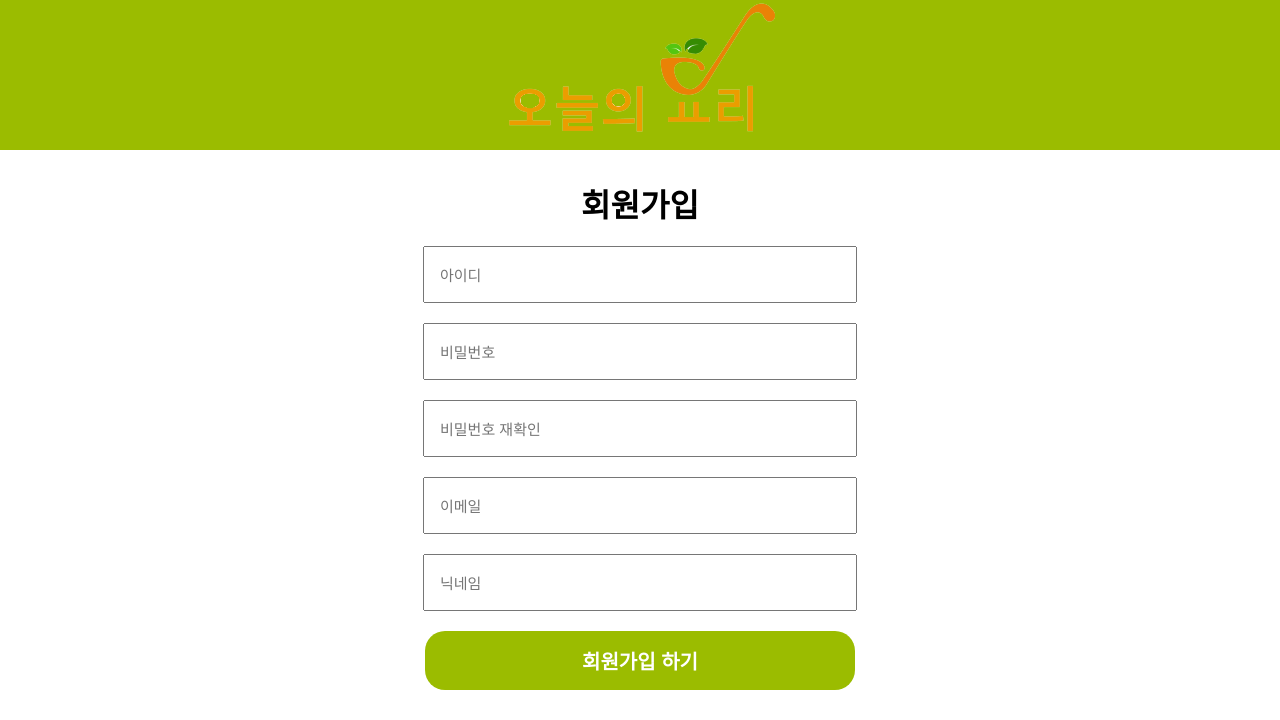
Repository: YUGyuSang/today-cooking
Page: http://localhost/today_special/signUp.jsp
An editor plug-in stored every save of this project. The page is shown before and after the next save, followed by the edit.
The browser window is 1280 px wide. The pictures show the whole page.
The page is served by Tomcat 9. Other server files are loaded and not shown.

Above is the page before, as saved 2021-05-04 07:47:06.

### today_special/src/main/webapp/signUp.jsp
<%@ page language="java" contentType="text/html; charset=UTF-8"
    pageEncoding="UTF-8"%>
<!DOCTYPE html>
<html lang="ko">
<head>
    <meta charset="UTF-8">
    <meta http-equiv="X-UA-Compatible" content="IE=edge">
    <meta name="viewport" content="width=device-width, initial-scale=1.0">
    <link rel="stylesheet" href="signUp.css" type="text/css">
    <title>오늘의 요리: 회원가입</title>
</head>
<body>
    <header>
        <div id="header">
            <div>
                <a href="#"><img src="./img/logo.png" alt="로고"></a>
            </div>
        </div>
    </header>
    <form action="insertUser.do" method="post">
	    <div id="container">
	        <div id="signtext">
	            <h1>회원가입</h1>
	        </div>
	        <div class="inputs">
	            <input type="text" name="id" value="" placeholder="아이디">
	        </div>
	        <div class="inputs">
	            <input type="password" name="pw" value="" placeholder="비밀번호">
	        </div>
	        <div class="inputs">
	            <input type="password" name="repw" value="" placeholder="비밀번호 재확인">
	        </div>
	        <div class="inputs">
	            <input type="email" name="email" value="" placeholder="이메일">
	        </div>
	        <div class="inputs">
	            <input type="text" name="nickname" value="" placeholder="닉네임">
	        </div>
	        <div id="signupbtn">
	            <button>회원가입 하기</button>
	        </div>
	    </div>
    </form>
</body>
</html>

### today_special/src/main/webapp/signUp.css
*{
    padding: 0;
    margin: 0;
}
#header{
    width: 100%;
    height: 150px;
    background-color: #9BBC00;
    text-align: center;
}

#container{
    width: 1000px;
    margin: 0 auto;
    text-align: center;
    padding: 20px;
}

#container div {
    padding: 10px;
}

.inputs input{
    outline: none;
    font-size: 20px;
    padding: 15px;
    padding-right: 150px;
    outline: none;
}

#signupbtn button{
    background-color: #9BBC00;
    border: none;
    color: #fff;
    padding: 15px 30px;
    text-align: center;
    text-decoration: none;
    font-size: 20px;
    outline: none;
    cursor: pointer;
    border-radius: 1em;
    width: 430px;
    font-weight: 900;
}

#signupbtn button:hover{
    color: #111;
}

::placeholder{
    font-size: 15px;
}

After the next save:
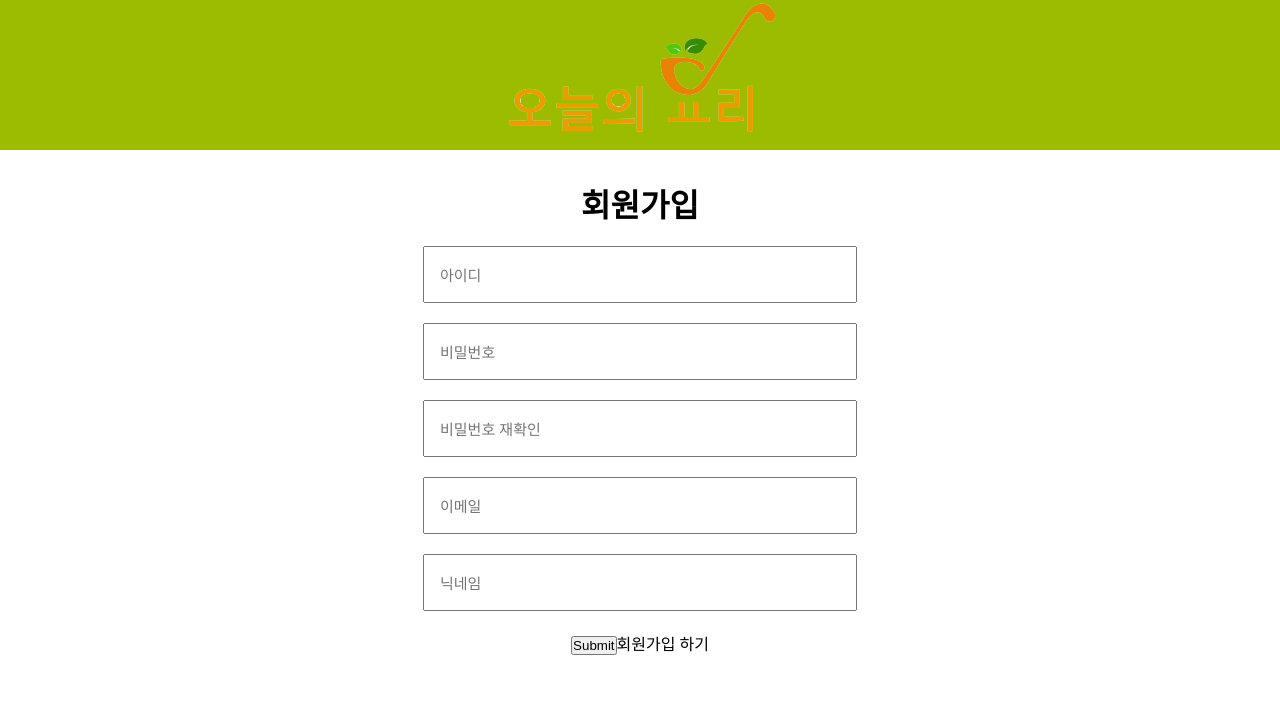
Saved 39 s later.
--- a/today_special/src/main/webapp/signUp.jsp
+++ b/today_special/src/main/webapp/signUp.jsp
@@ -38,7 +38,7 @@
 	            <input type="text" name="nickname" value="" placeholder="닉네임">
 	        </div>
 	        <div id="signupbtn">
-	            <button>회원가입 하기</button>
+	            <input type="submit">회원가입 하기</button>
 	        </div>
 	    </div>
     </form>

After the save that followed:
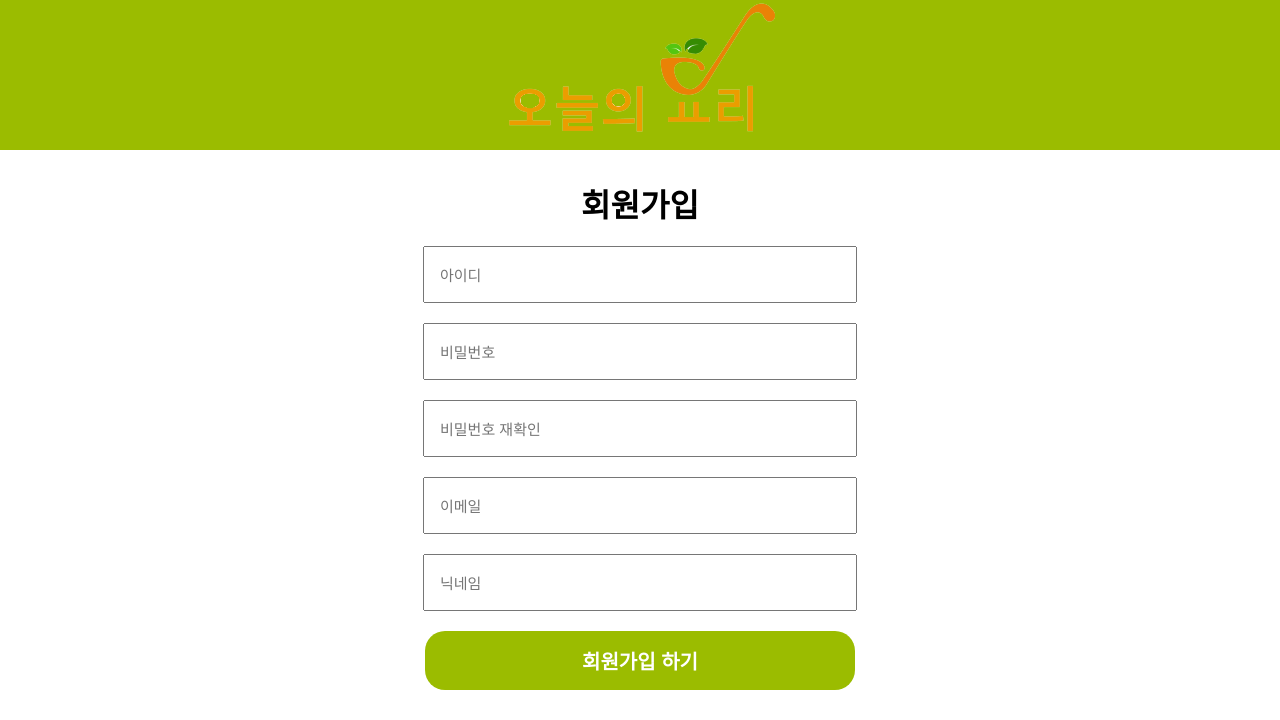
Saved 28 s later.
--- a/today_special/src/main/webapp/signUp.jsp
+++ b/today_special/src/main/webapp/signUp.jsp
@@ -38,7 +38,7 @@
 	            <input type="text" name="nickname" value="" placeholder="닉네임">
 	        </div>
 	        <div id="signupbtn">
-	            <input type="submit">회원가입 하기</button>
+	            <button>회원가입 하기</button>
 	        </div>
 	    </div>
     </form>
